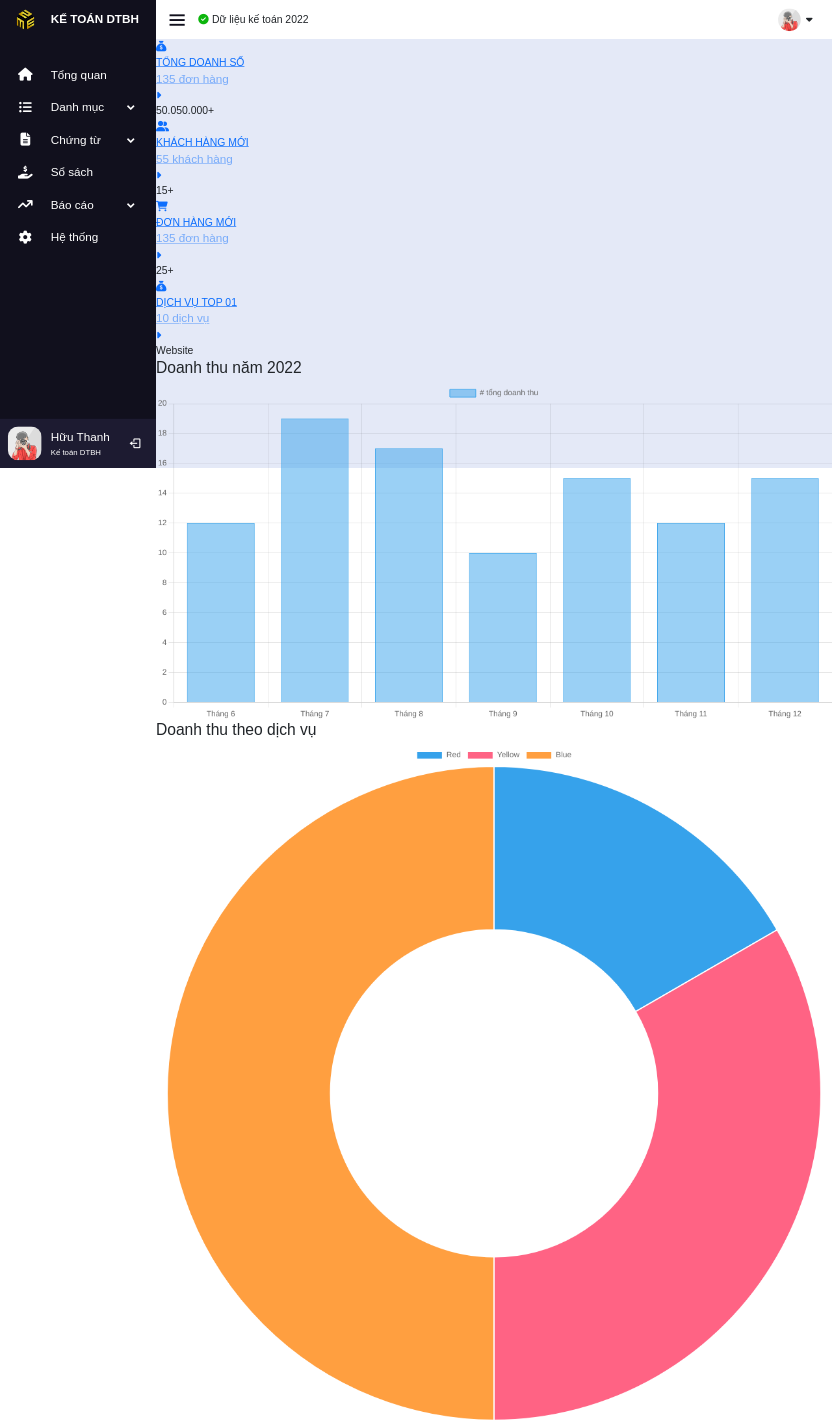
Repository: huuthanhdev/PhanMemKeToan
Page: pages/overview.html
The author's editor kept a copy of each file at every save. The page is drawn from the files as they stood at one save, then again after the next save.
The browser window is 1280 px wide. The pictures show the whole page, at 65% of full size.
Some web fonts or font styles are not loaded; a fallback is used. Some web libraries are served in a nearby version.

Above is the page before, as saved 2023-05-22 11:56:16.

### pages/overview.html
<!DOCTYPE html>

<html lang="en">
<head>
    <meta charset="UTF-8">
    <meta http-equiv="X-UA-Compatible" content="IE=edge">
    <meta name="viewport" content="width=device-width, initial-scale=1.0">
    <link rel="icon" type="png" href="/img/logo 2me.png"/>
    <title>2MILLION</title>
    <!----======== CSS ======== -->
    <link rel="stylesheet" href="/css/style.css">
    <!----===== Boxicons CSS ===== -->
    <link href='https://unpkg.com/boxicons@2.1.1/css/boxicons.min.css' rel='stylesheet'>
    <link rel="stylesheet" href="https://cdnjs.cloudflare.com/ajax/libs/font-awesome/6.1.2/css/all.min.css" integrity="sha512-1sCRPdkRXhBV2PBLUdRb4tMg1w2YPf37qatUFeS7zlBy7jJI8Lf4VHwWfZZfpXtYSLy85pkm9GaYVYMfw5BC1A==" crossorigin="anonymous" referrerpolicy="no-referrer" />
    <!-- bootstrap 5 -->
    <link href="https://cdn.jsdelivr.net/npm/bootstrap@5.2.1/dist/css/bootstrap.min.css" rel="stylesheet"
    integrity="sha384-iYQeCzEYFbKjA/T2uDLTpkwGzCiq6soy8tYaI1GyVh/UjpbCx/TYkiZhlZB6+fzT" crossorigin="anonymous">

</head>
<body>
    <div class="sidebar">
      <div class="logo-details">
        <!-- <i class='bx bxl-c-plus-plus'></i> -->
        <img src="/img/logo 2me.png" alt="" class="logo-img">
        <span class="logo_name">KẾ TOÁN DTBH</span>
      </div>

      <ul class="nav-links">
        <li class="nav-item active">
          <a href="/home">
            <i class='fa-solid fa-house'></i>
            <span class="link_name">Tổng quan</span>
          </a>

          <ul class="sub-menu blank active">
            <li><a class="link_name" href="/home">Tổng quan</a></li>
          </ul>

        </li>

        <li class="nav-item">
          <div class="icon-link">
            <a href="/danhmuc/khachhang">
              <i class='fa-solid fa-list-ul' ></i>
              <span class="link_name">Danh mục</span>
            </a>
            <i class='bx bxs-chevron-down arrow' ></i>
          </div>
          <ul class="sub-menu">
            <li><a class="link_name" href="/danhmuc/khachhang">Danh mục</a></li>
            <li><a href="/danhmuc/khachhang">Khách hàng</a></li>
            <li><a href="/danhmuc/dichvu">Dịch vụ</a></li>
            <li><a href="/danhmuc/taikhoan">Tài khoản</a></li>
          </ul>
        </li>

        <li class="nav-item">
          <div class="icon-link">
            <a href="/chungtu/hoadonGTGT">
              <i class='fa-solid fa-file-lines' ></i>
              <span class="link_name">Chứng từ</span>
            </a>
            <i class='bx bxs-chevron-down arrow' ></i>
          </div>
          <ul class="sub-menu">
            <li><a class="link_name" href="/chungtu/hoadonGTGT">Chứng từ</a></li>
            <li><a href="/chungtu/hoadonGTGT">Hóa đơn GTGT</a></li>
            <li><a href="/chungtu/phieuGG">Phiếu giảm giá DV</a></li>
          </ul>
        </li>

        <li class="nav-item">
          <a href="#">
            <i class='fa-solid fa-hand-holding-dollar' ></i>
            <span class="link_name">Sổ sách</span>
          </a>
          <ul class="sub-menu blank">
            <li><a class="link_name" href="#">Sổ sách</a></li>
          </ul>
        </li>

        <li class="nav-item">
          <div class="icon-link">
            <a href="#">
              <i class='fa-solid fa-arrow-trend-up' ></i>
              <span class="link_name">Báo cáo</span>
            </a>
            <i class='bx bxs-chevron-down arrow' ></i>
          </div>
          <ul class="sub-menu">
            <li><a class="link_name" href="#">Báo cáo</a></li>
            <li><a href="#">Doanh thu theo KH</a></li>
            <li><a href="#">Doanh thu theo DV</a></li>
            <li><a href="#">Tổng hợp Doanh thu</a></li>
            <li><a href="#">Giảm trừ Doanh thu</a></li>
          </ul>
        </li>

        <li class="nav-item">
          <a href="#">
            <i class='fa-solid fa-gear' ></i>
            <span class="link_name">Hệ thống</span>
          </a>
          <ul class="sub-menu blank">
            <li><a class="link_name" href="#">Hệ thống</a></li>
          </ul>
        </li>
        <li>
      <div class="profile-details">
        <div class="profile-content">
          <img src="/img/client2.png" alt="profileImg">
        </div>
        <div class="name-job">
          <div class="profile_name">Hữu Thanh</div>
          <div class="job">Kế toán DTBH</div>
        </div>
        <i class='bx bx-log-out' ></i>
      </div>
    </li>
  </ul>
    </div>
  <section class="home-section">
    <div class="home-nav">
        <i class='bx bx-menu' ></i>
        <div class="home-text">
            <i class="fa-solid fa-circle-check home-icon"></i>
            <span>Dữ liệu kế toán 2022</span>
        </div>

        <div class="home-info">
            <img src="/img/client2.png" alt="avatar" class="home-avatar">
            <i class="fa-solid fa-caret-down"class="home-icon"></i>
        </div>
    </div>
      <!-- home-content overview -->
      <div class="home-content--overview">
        <div class="home-card">
          <div class="card-item">
            <a href="#" class="card-heading">
              <div class="icon-primary">
                <i class="fa-solid fa-sack-dollar icon-card"></i>
              </div>
              <div class="header">
                <span style="text-transform: uppercase;">Tổng Doanh số </span>
                <br>
                <span style="opacity: 0.5; font-size: 18px;">135 đơn hàng</span>
              </div>
              <i class="fa-solid fa-caret-right icon-caret"></i>
            </a>
            <div class="card-content">
              <span>50.050.000+</span>
            </div>
          </div>
          <div class="card-item">
            <a href="/danhmuc/khachhang" class="card-heading">
              <div class="icon-primary">
                <i class="fa-solid fa-user-group icon-card"></i>
              </div>
              <div class="header">
                <span style="text-transform: uppercase;">KHÁCH HÀNG MỚI</span>
                <br>
                <span style="opacity: 0.5; font-size: 18px;">55 khách hàng</span>
              </div>
              <i class="fa-solid fa-caret-right icon-caret"></i>
            </a>
            <div class="card-content">
              <span>15+</span>
            </div>
          </div>
          <div class="card-item">
            <a href="#" class="card-heading">
              <div class="icon-primary">
                <i class="fa-solid fa-cart-shopping icon-card"></i>
              </div>
              <div class="header">
                <span style="text-transform: uppercase;">ĐƠN HÀNG MỚI</span>
                <br>
                <span style="opacity: 0.5; font-size: 18px;">135 đơn hàng</span>
              </div>
              <i class="fa-solid fa-caret-right icon-caret"></i>
            </a>
            <div class="card-content">
              <span>25+</span>
            </div>
          </div>
          <div class="card-item">
            <a href="#" class="card-heading">
              <div class="icon-primary">
                <i class="fa-solid fa-sack-dollar icon-card"></i>
              </div>
              <div class="header">
                <span style="text-transform: uppercase;">Dịch vụ Top 01</span>
                <br>
                <span style="opacity: 0.5; font-size: 18px;">10 dịch vụ</span>
              </div>
              <i class="fa-solid fa-caret-right icon-caret"></i>
            </a>
            <div class="card-content">
              <span>Website</span>
            </div>
          </div>
        </div>
      <!-- CHARTS -->
      <div class="charts">
        <div class="chart">
          <h4>Doanh thu năm 2022</h4>
          <canvas id="lineChart"></canvas>
        </div>
        <div class="chart" id="doughnut-chart">
          <h4>Doanh thu theo dịch vụ</h4>
          <canvas id="doughnut"></canvas>
        </div>
      </div>


      <!-- //home-content -->
    </section>

    <script src="https://cdn.jsdelivr.net/npm/chart.js"></script>
    <script src="/app.js"></script>
    <script src="/charts/chart1.js"></script>
    <script src="/charts/chart2.js"></script>


</body>
</html>

### assets/css/style.css
/* Google Fonts Import Link */
@import url("https://fonts.googleapis.com/css2?family=Quicksand:wght@300;400;500;600&display=swap");
* {
  margin: 0;
  padding: 0;
  box-sizing: border-box;
  font-family: "Quicksand", sans-serif;
}
.sidebar{
  position: fixed;
  top: 0;
  left: 0;
  height: 100%;
  width: 240px;
  background: #11101d;
  z-index: 100;
  transition: all 0.5s ease;
}
.sidebar.close{
  width: 78px;
}
.sidebar .logo-details{
  height: 60px;
  width: 100%;
  display: flex;
  align-items: center;
}
.sidebar .logo-details i{
  font-size: 30px;
  color: #fff;
  height: 50px;
  min-width: 78px;
  text-align: center;
  line-height: 50px;
}
/*add logo  */
.sidebar .logo-details img{
  height: 40px;
  min-width: 78px;
  object-fit: contain;
  border-radius: 16px;
  transition: all 0.5s ease;
}

.sidebar .logo-details .logo_name{
  font-size: 18px;
  color: #fff;
  font-weight: 600;
  transition: 0.3s ease;
  transition-delay: 0.1s;
  position: relative;
}
.sidebar.close .logo-details .logo_name{
  transition-delay: 0s;
  opacity: 0;
  pointer-events: none;
}
.sidebar .nav-links{
  height: 100%;
  padding: 30px 0 150px 0;
  overflow: auto;
}
.sidebar.close .nav-links{
  overflow: visible;
}
.sidebar .nav-links::-webkit-scrollbar{
  display: none;
}
.sidebar .nav-links li{
  position: relative;
  list-style: none;
  transition: all 0.4s ease;
}
.sidebar .nav-links li:hover{
  background: #1d1b31;
}
.sidebar .nav-links li .icon-link{
  display: flex;
  align-items: center;
  justify-content: space-between;
}
.sidebar.close .nav-links li .icon-link{
  display: block
}
.sidebar .nav-links li i{
  height: 50px;
  min-width: 78px;
  text-align: center;
  line-height: 50px;
  color: #fff;
  font-size: 20px;
  cursor: pointer;
  transition: all 0.3s ease;
}
.sidebar .nav-links li.showMenu i.arrow{
  transform: rotate(-180deg);
}
.sidebar.close .nav-links i.arrow{
  display: none;
}
.sidebar .nav-links li a{
  display: flex;
  align-items: center;
  text-decoration: none;
}
.sidebar .nav-links li a .link_name{
  font-size: 18px;
  font-weight: 400;
  color: #fff;
  transition: all 0.4s ease;
}
.sidebar.close .nav-links li a .link_name{
  opacity: 0;
  pointer-events: none;
}
.sidebar .nav-links li .sub-menu{
  padding: 6px 6px 14px 80px;
  margin-top: -10px;
  background: #1d1b31;
  display: none;
}
.sidebar .nav-links li.showMenu .sub-menu{
  display: block;
}
.sidebar .nav-links li .sub-menu a{
  color: #fff;
  font-size: 15px;
  padding: 5px 0;
  white-space: nowrap;
  opacity: 0.6;
  transition: all 0.3s ease;
}
.sidebar .nav-links li .sub-menu a:hover{
  opacity: 1;
}
.sidebar.close .nav-links li .sub-menu{
  position: absolute;
  left: 100%;
  top: -10px;
  margin-top: 0;
  padding: 10px 20px;
  border-radius: 0 6px 6px 0;
  opacity: 0;
  display: block;
  pointer-events: none;
  transition: 0s;
}
.sidebar.close .nav-links li:hover .sub-menu{
  top: 0;
  opacity: 1;
  pointer-events: auto;
  transition: all 0.4s ease;
}
.sidebar .nav-links li .sub-menu .link_name{
  display: none;
}
.sidebar.close .nav-links li .sub-menu .link_name{
  font-size: 18px;
  opacity: 1;
  display: block;
}
.sidebar .nav-links li .sub-menu.blank{
  opacity: 1;
  pointer-events: auto;
  padding: 3px 20px 6px 16px;
  opacity: 0;
  pointer-events: none;
}
.sidebar .nav-links li:hover .sub-menu.blank{
  top: 50%;
  transform: translateY(-50%);
}
.sidebar .profile-details{
  position: fixed;
  bottom: 0;
  width: 240px;
  display: flex;
  align-items: center;
  justify-content: space-between;
  background: #1d1b31;
  padding: 12px 0;
  transition: all 0.5s ease;
}
.sidebar.close .profile-details{
  background: none;
}
.sidebar.close .profile-details{
  width: 78px;
}
.sidebar .profile-details .profile-content{
  display: flex;
  align-items: center;
  cursor: pointer;
}
.sidebar .profile-details img{
  height: 52px;
  width: 52px;
  object-fit: cover;
  border-radius: 16px;
  margin: 0 14px 0 12px;
  background: #1d1b31;
  transition: all 0.5s ease;
}
.sidebar.close .profile-details img{
  padding: 10px;
}
.sidebar .profile-details .profile_name,
.sidebar .profile-details .job{
  color: #fff;
  font-size: 18px;
  font-weight: 500;
  white-space: nowrap;
}
/* thêm nowrap */
.sidebar .nav-links .link_name,
.sidebar .logo-details .logo_name{
  white-space: nowrap;
}
/*  */
.sidebar.close .profile-details i,
.sidebar.close .profile-details .profile_name,
.sidebar.close .profile-details .job{
  display: none;
}
.sidebar .profile-details .job{
  font-size: 12px;
}
.home-section{
  position: relative;
  background: #E4E9F7;
  height: 100vh;
  left: 240px;
  width: calc(100% - 240px);
  transition: all 0.5s ease;
}
.sidebar.close ~ .home-section{
  left: 78px;
  width: calc(100% - 78px);
}
.home-section .home-nav{
  height: 60px;
  display: flex;
  align-items: center;
}
.home-section .home-nav .bx-menu,
.home-section .home-nav .text{
  color: #11101d;
  font-size: 35px;
}
.home-section .home-nav .bx-menu{
  margin: 0 15px;
  cursor: pointer;
}
.home-section .home-nav .text{
  font-size: 26px;
  font-weight: 600;
}
@media (max-width: 400px) {
  .sidebar.close .nav-links li .sub-menu{
    display: none;
  }
  .sidebar{
    width: 78px;
  }
  .sidebar.close{
    width: 0;
  }
  .home-section{
    left: 78px;
    width: calc(100% - 78px);
    z-index: 100;
  }
  .sidebar.close ~ .home-section{
    width: 100%;
    left: 0;
  }
}
/* nav fixed */
.home {
  position: fixed;
}
.home-nav {
  display: flex;
  justify-content: flex-start;
  margin-top: auto;
  width: 100%;
  height: 60px;
  background-color: white;
}
.home-info, .home-text {
  display: flex;
  align-items: center;
  justify-content: space-between;
}
.home-icon {
  color: #11101d;
}
.home-text .home-icon {
  color: rgb(12, 181, 12);
  padding-right: 5px;
}
.home-avatar {
  width: 35px;
  height: 35px;
  border-radius: 50%;
  object-fit: cover;
  margin-right: 8px;
}
.home-info{
  margin-left: auto;
  padding-right: 30px;
  cursor: pointer;
}

### app.js
let arrow = document.querySelectorAll(".arrow");
  for (var i = 0; i < arrow.length; i++) {
    arrow[i].addEventListener("click", (e)=>{
   let arrowParent = e.target.parentElement.parentElement;//selecting main parent of arrow
   arrowParent.classList.toggle("showMenu");
    });
  }
  let sidebar = document.querySelector(".sidebar");
  let sidebarBtn = document.querySelector(".bx-menu");
  console.log(sidebarBtn);
  sidebarBtn.addEventListener("click", ()=>{
    sidebar.classList.toggle("close");
  });

// Popup
function openForm() {
  document.getElementById("myForm").style.display = "block";
}

function closeForm() {
  document.getElementById("myForm").style.display = "none";
}

// checkbox - select all
  function checkAll(baseId, itemId) {
    var baseCheck = document.getElementById(baseId).checked;
    var item = document.getElementById(itemId + '1');
    var i = 1;

    while (item != null) {
      if (item.disabled == false) {
        item.checked = baseCheck;
      }
      i = i + 1;
      item = document.getElementById(itemId + i);
    }
  }
// checkbox - select all

### assets/charts/chart1.js
const ctx = document.getElementById('lineChart');

  new Chart(ctx, {
    type: 'bar',
    data: {
      labels: ['Tháng 6', 'Tháng 7', 'Tháng 8', 'Tháng 9', 'Tháng 10', 'Tháng 11', 'Tháng 12'],
      datasets: [{
        label: '# tổng doanh thu',
        data: [12, 19, 17, 10, 15, 12, 15],
        borderWidth: 1
      }]
    },
    options: {
      scales: {
        y: {
          beginAtZero: true
        }
      }
    }
  });

### assets/charts/chart2.js
const cta = document.getElementById('doughnut');

new Chart(cta, {
    type: 'doughnut',
    data: {
        datasets: [{
            data: [10, 20, 30]
        }],

        // These labels appear in the legend and in the tooltips when hovering different arcs
        labels: [
            'Red',
            'Yellow',
            'Blue'
        ]
    },
    options: {
        responsive:true
    }
});

After the next save:
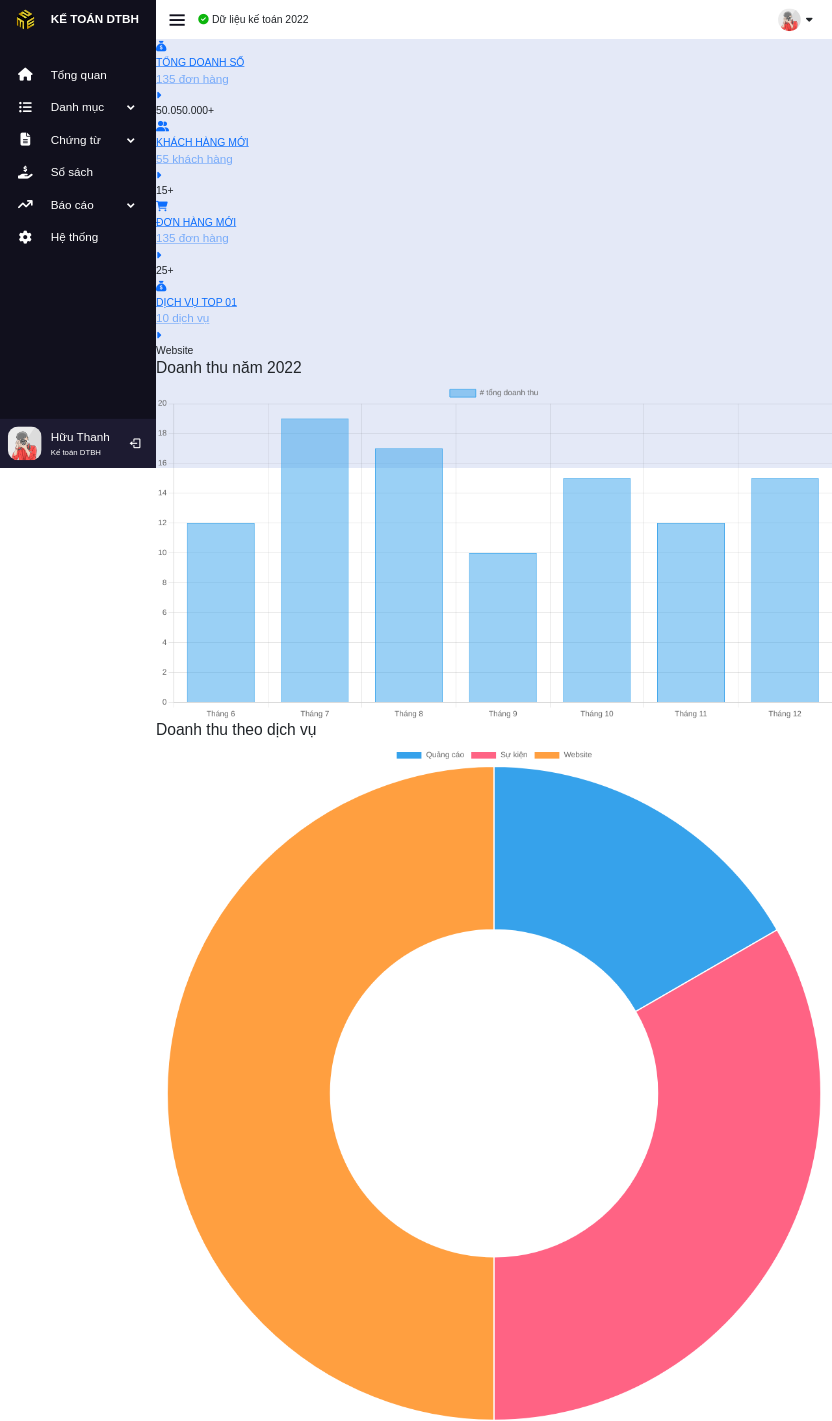
Saved 30 s later.
--- a/assets/charts/chart2.js
+++ b/assets/charts/chart2.js
@@ -9,9 +9,9 @@
 
         // These labels appear in the legend and in the tooltips when hovering different arcs
         labels: [
-            'Red',
-            'Yellow',
-            'Blue'
+            'Quảng cáo',
+            'Sự kiện',
+            'Website'
         ]
     },
     options: {
